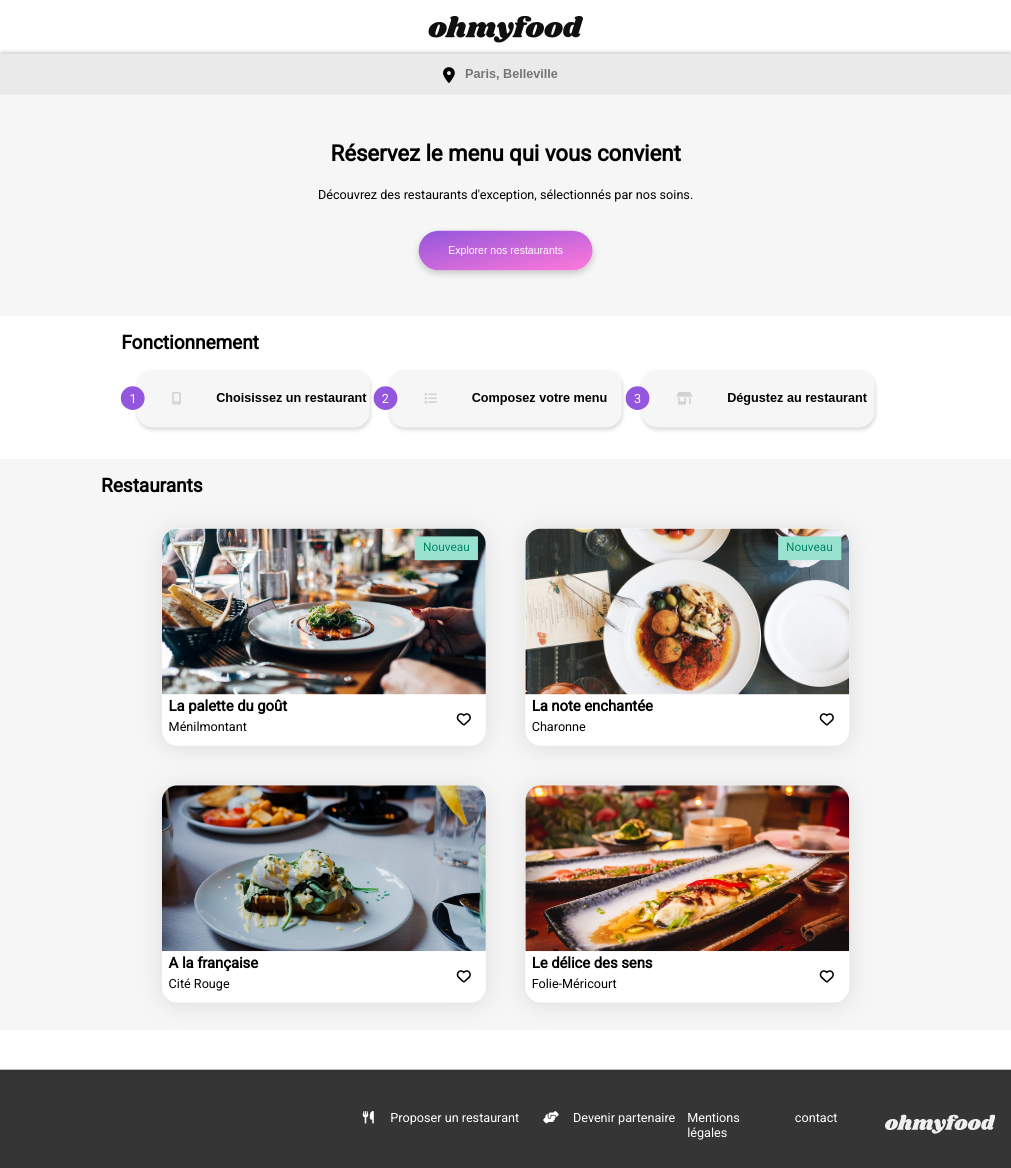
Repository: ByteVoyageur/OC-P4
Page: index.html
An editor plug-in stored every save of this project. The page is shown before and after the next save, followed by the edit.
The browser window is 1280 px wide. The pictures show the whole page, at 79% of full size.
Some web fonts or font styles are not loaded; a fallback is used. The style sheet was rebuilt from its Sass, Less or Tailwind sources for each picture, by a compiler version that may differ from the author's.

Above is the page before, as saved 2023-09-28 15:10:36.

After the next save:
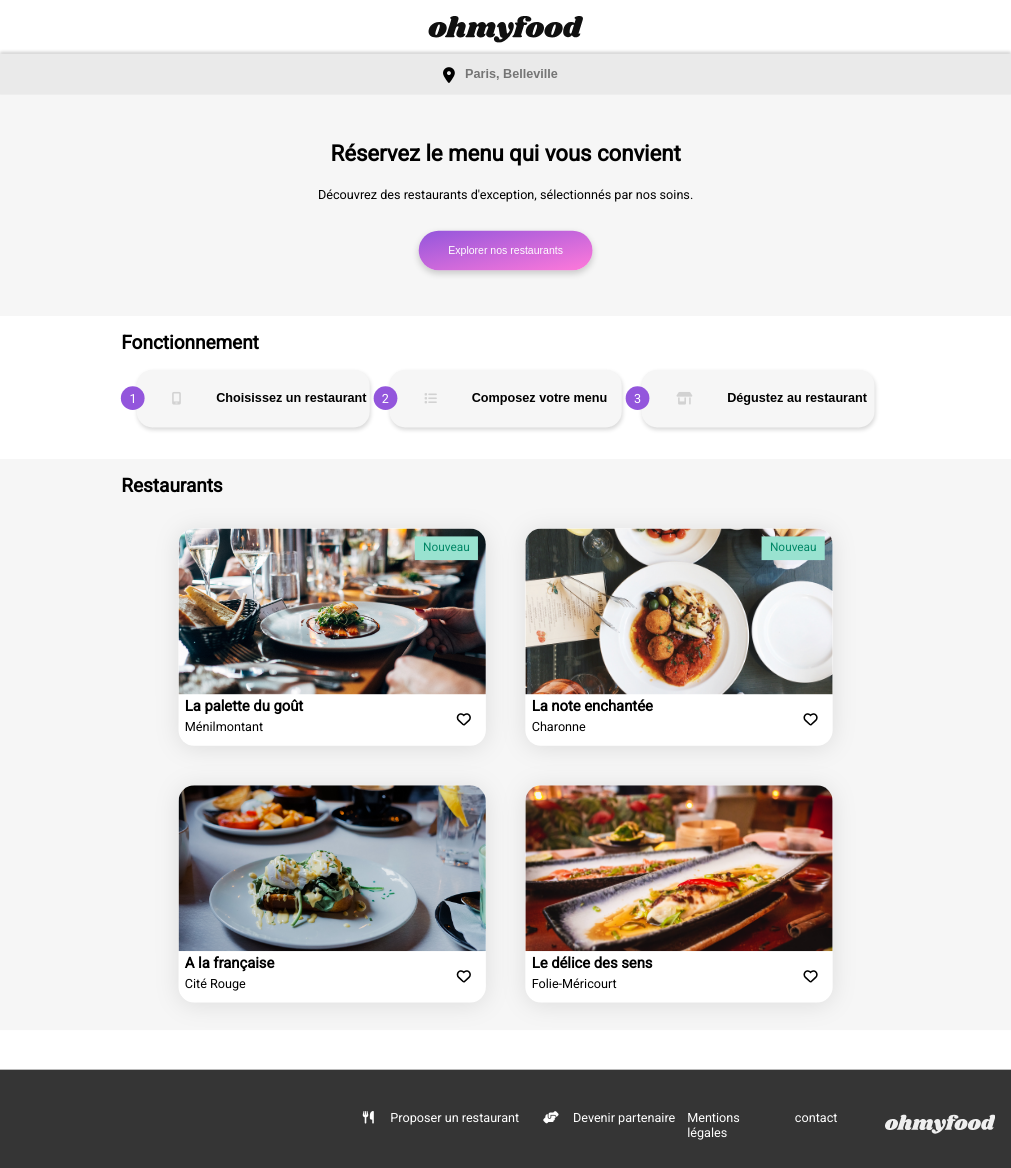
Saved 108 s later.
--- a/sass/style.scss
+++ b/sass/style.scss
@@ -255,7 +255,7 @@ a {
   }
 
   .restaurants-list {
-    padding: 0 10%;
+    padding: 0 12%;
     .restaurants-cards {
       flex-direction: row;
       gap: 50px;
